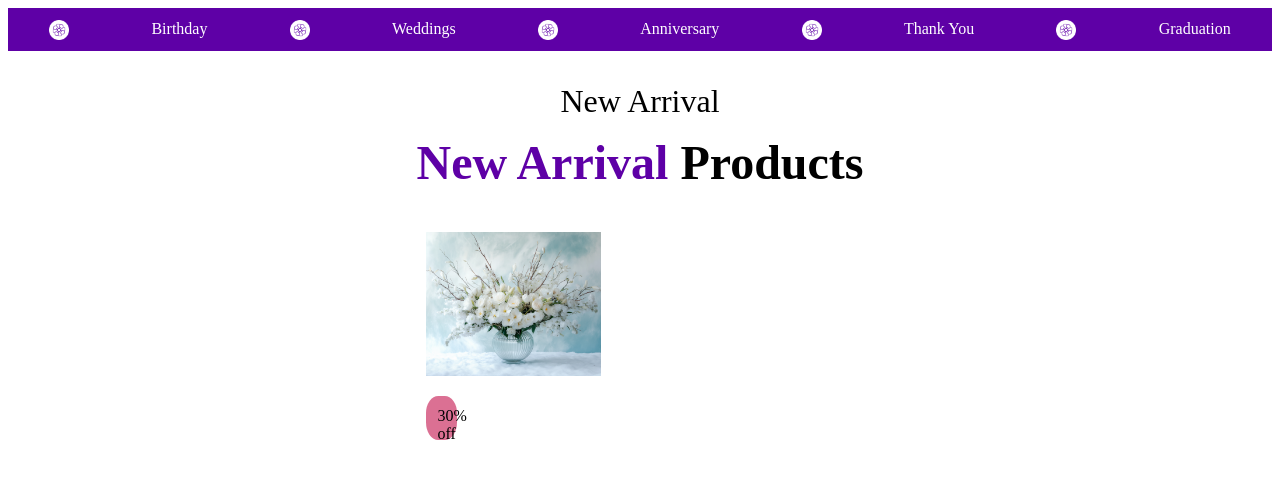
Repository: KolawoleTemilade/classroom-learning
Page: newarrival/index.html
An editor plug-in stored every save of this project. The page is shown before and after the next save, followed by the edit.
The browser window is 1280 px wide. The pictures show the whole page.

Above is the page before, as saved 2025-10-01 21:23:48.

### newarrival/index.html
<!DOCTYPE html>
<html lang="en">
  <head>
    <meta charset="UTF-8" />
    <meta name="viewport" content="width=h, initial-scale=1.0" />
    <title>new arrival</title>
    <link rel="stylesheet" href="style.css" />
  </head>
  <body>
    <section class="new-arrival-sect">
      <div class="marq-sect">
        <div class="marque">
          <img
            src="../newarrival/images/icons/marqueflower.png"
            alt="flower-icon"
            width="20"
            height="20"
          />
          <span>birthday</span>
          <img
            src="../newarrival/images/icons/marqueflower.png"
            alt="flower-icon"
            width="20"
            height="20"
          />
          <span>weddings</span>
          <img
            src="../newarrival/images/icons/marqueflower.png"
            alt="flower-icon"
            width="20"
            height="20"
          />
          <span>anniversary</span>
          <img
            src="../newarrival/images/icons/marqueflower.png"
            alt="flower-icon"
            width="20"
            height="20"
          />
          <span>thank you</span>
          <img
            src="../newarrival/images/icons/marqueflower.png"
            alt="flower-icon"
            width="20"
            height="20"
          />
          <span>graduation</span>
        </div>
      </div>
      <div class="new-arrival">
        <div class="new-arrival-title">
          <p class="title1">
            new arrival
            <span class="title2">new arrival <span class="product-title">products</span></span>
          </p>
        </div>
        <div class="new-arrival-product-card">
          <div class="product-card">
            <div class="img-sect">
              <img src="./images/new-arrival/flower1.png" alt="flower1" width="200" height="2 ,8>00" />
              <div class="absolute-container">
                <p class="slash">30% off</p>
              </div>
            </div>
            <div class="text-sect"></div>
          </div>
        </div>
      </div>
    </section>
  </body>
</html>

### newarrival/style.css
.new-arrival-sect{
    display: flex;
    flex-direction: column;
    align-items: center;
    justify-content: center;
}

.marq-sect{
    background-color: #5E00A6;
    height:6vh;
    width: 100%;
    align-content: center;
}
.marque {
    display: flex;
    align-content: center;
    justify-content:space-around ;
}
.marque > span {
    text-transform: capitalize;
    color: white;
}
.title1{
    font-size: 2rem;
    display: flex;
    flex-direction: column;
    align-items: center;
    justify-content: center;
    gap: 15px;
    text-transform: capitalize;
}
.title2 {
    font-size: 3rem;
    color: #5E00A6;
    font-weight: 700;
}
.product-title{
    color: black;
    font-size: 3rem;
    font-weight: 700;
}

.product-card {
    display: flex;
    padding: 10px;
    background: white;
}
.img-sect {
    position: relative;

}
.img-sect >img{
    width: 100%;
    height: 20vh;
}
.absolute-container > p{
    /* width: 100%; */
}
.slash {
    position: absolute;
    top: 10;
    background: palevioletred;
    padding: 10px;
    width: 5%;
    height: 3vh;
    border: 1px solid transparent;
    border-radius: 40%;
}

After the next save:
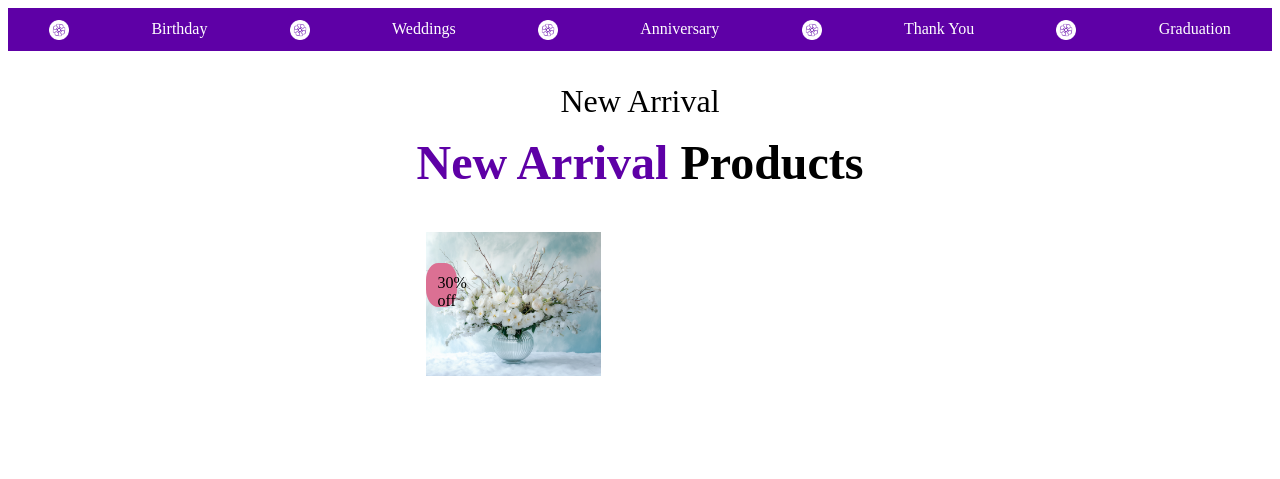
Saved 8 s later.
--- a/newarrival/style.css
+++ b/newarrival/style.css
@@ -58,7 +58,7 @@
 }
 .slash {
     position: absolute;
-    top: 10;
+    top: 10%;
     background: palevioletred;
     padding: 10px;
     width: 5%;
